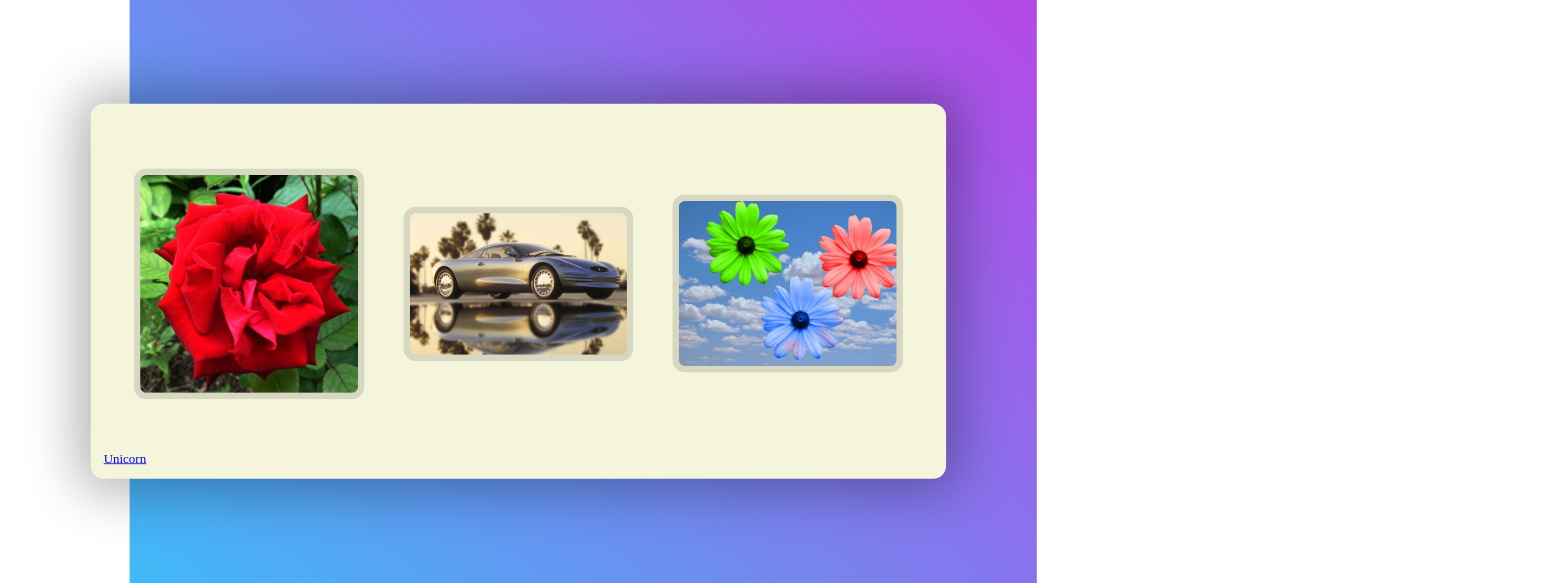
Repository: ViggoSkj/VGY
Page: ovningar/photoshopovning/photoshopovning.html
The author's editor kept a copy of each file at every save. The page is drawn from the files as they stood at one save, then again after the next save.
The browser window is 1280 px wide. The page is 1280 px wide, then 1920 px, then 1280 px, so the pictures cover 1920 px, including what lies to the right of the window. The pictures show the whole page, at 81% of full size.
Backgrounds fixed to the window are drawn as part of the page.

Above is the page before, as saved 2022-11-27 12:17:24.

### ovningar/photoshopovning/photoshopovning.html
<!DOCTYPE html>
<html lang="en">
    <head>
        <meta charset="UTF-8">
        <meta http-equiv="X-UA-Compatible" content="IE=edge">
        <meta name="viewport" content="width=device-width, initial-scale=1.0">
        <title>Document</title>
        <link rel="stylesheet" href="public/css/style.css">
    </head>
    <body>
        <div class="container">
            <div class="images">
                <img src="public/images/ros_edited.jpg" alt="ros">
                <img src="public/images/bil_edited.jpg" alt="bil">
                <img src="public/images/sky_and_flower.jpg" alt="1 röd, 1, blå och 1 grönn blomma på en himmel">
            </div>

            <div id="myfooter">
                <a href="https://validator.w3.org/unicorn/check?ucn_uri=labb.vgy.se/~viggosg/ovningar/photoshopovningar.html&ucn_task=conformance">Unicorn</a>
             </div>
        </div>
    </body>
</html>

### ovningar/photoshopovning/public/css/style.css
body
{
    background-image: linear-gradient(45deg, rgb(0, 247, 255) -50%, rgb(255, 0, 221) 150%);
    display: flex;
    height: 100%;
    margin: 0;
    background-repeat: no-repeat;
    background-attachment: fixed;
    animation: rotating 5s infinite alternate;
}

@keyframes rotating
{
    from {background-position-x: -10em;}
    to {background-position-x: 10em;}
}

.container
{
    background-color: beige;
    margin: auto;
    margin-top: 8em;
    align-items: center;
    width: 80%;
    border-radius: 1em;
    padding: 1em;
    box-shadow: 0em 0em 4em 1em rgba(0, 0, 0, 0.301);
}

img
{

    width: 30%;
    border-radius: 1em;
    padding: 0.5em;
    background-color: rgba(0, 0, 0, 0.116);
}

.images
{
    display: flex;
    justify-content: center;
    gap: 3em;
    align-items: center;
    padding: 2em;
    margin: 2em;
}

After the next save:
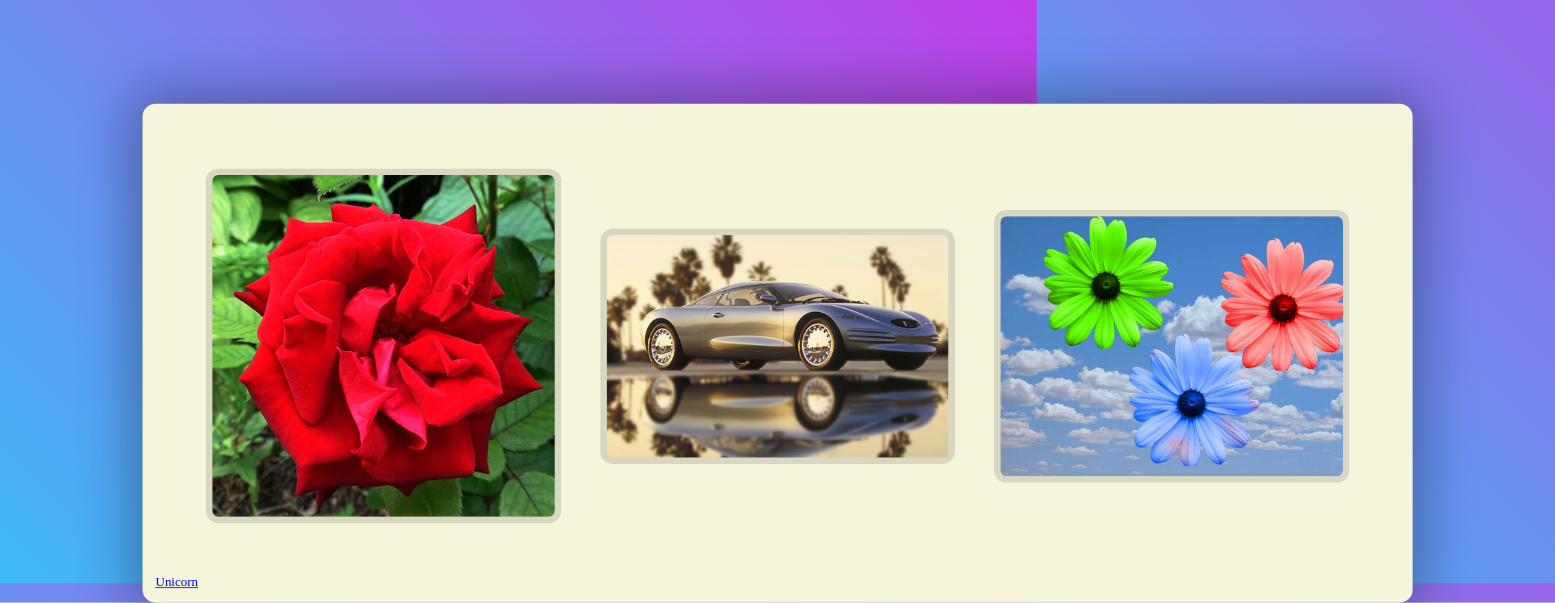
Saved 19 s later.
--- a/ovningar/photoshopovning/public/css/style.css
+++ b/ovningar/photoshopovning/public/css/style.css
@@ -1,6 +1,7 @@
 body
 {
     background-image: linear-gradient(45deg, rgb(0, 247, 255) -50%, rgb(255, 0, 221) 150%);
+    width: 150%;
     display: flex;
     height: 100%;
     margin: 0;

After the save that followed:
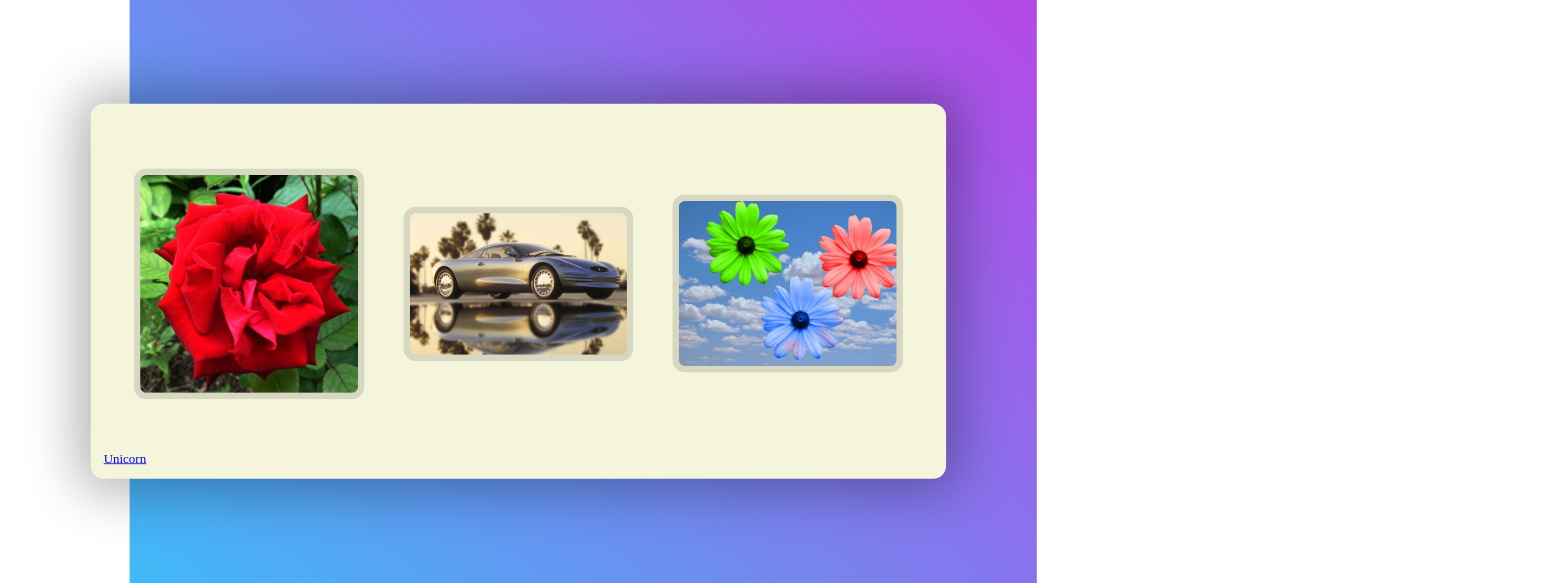
Saved 6 s later.
--- a/ovningar/photoshopovning/public/css/style.css
+++ b/ovningar/photoshopovning/public/css/style.css
@@ -1,7 +1,6 @@
 body
 {
     background-image: linear-gradient(45deg, rgb(0, 247, 255) -50%, rgb(255, 0, 221) 150%);
-    width: 150%;
     display: flex;
     height: 100%;
     margin: 0;
